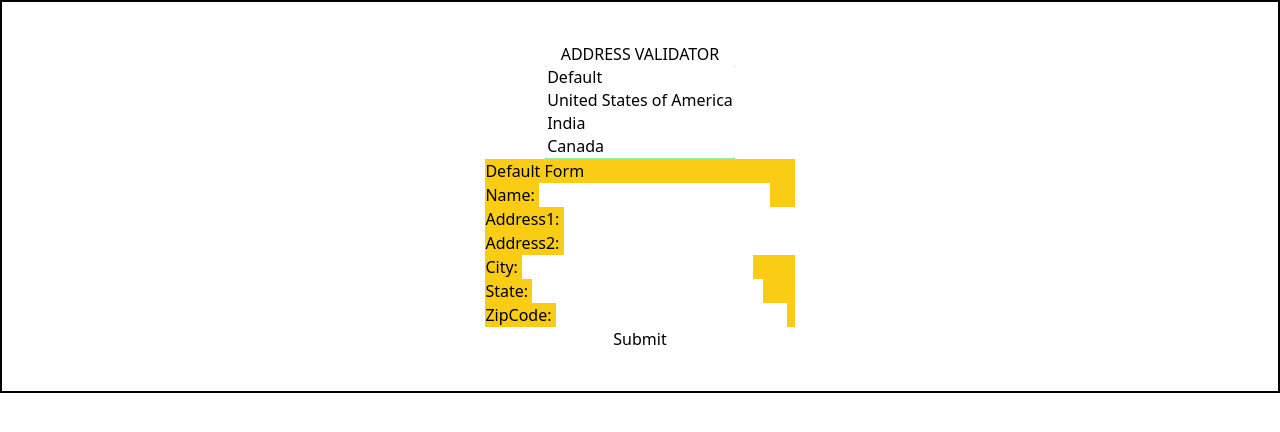
Repository: jay-singhvi/SWArchDesign_TeamProject
Page: / (app in frontend/address-validation/)
The author's editor kept a copy of each file at every save. The page is drawn from the files as they stood at one save, then again after the next save.
The browser window is 1280 px wide. The pictures show the whole page.
The project was rebuilt for these pictures with package versions that can differ from the ones it lists, and the page was loaded fresh each time. Also part of the build but not shown: frontend/address-validation/src/App.css.

Above is the page before, as saved 2023-03-07 13:43:19.

After the next save:
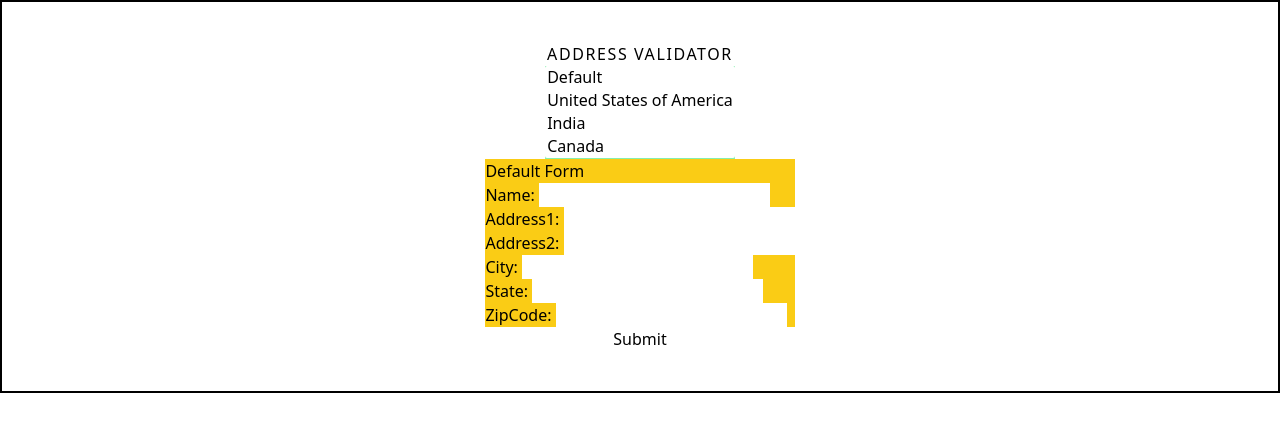
Saved 6 s later.
--- a/frontend/address-validation/src/App.js
+++ b/frontend/address-validation/src/App.js
@@ -141,7 +141,7 @@ function App() {
   return (
     <div className=' items-center justify-between min-h-screen  '>
     <div className='  py-10 flex flex-col items-center border-2 border-black'>
-      <h1 className=' uppercase'>Address Validator</h1>
+      <h1 className=' uppercase tracking-widest'>Address Validator</h1>
       <div className=' bg-green-300'>
         <select multiple value={countryList} onChange={handleSelectedCountry}>
           {countries.map((country) => (
